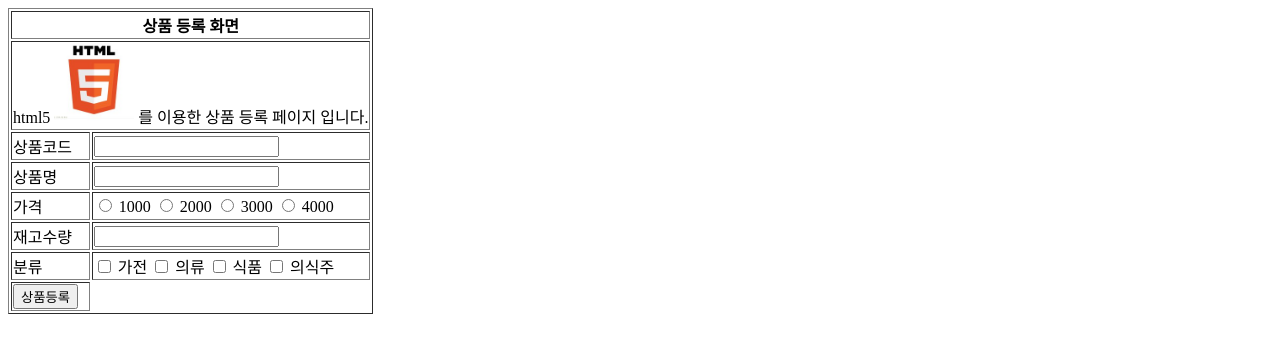
Repository: younseochoi/AI_PLATFORM
Page: my_code/03_web/html/src/main/webapp/pdt_registration.html
These files come from the project's save history. The page is drawn as it stood at one moment and after the next save; the edit follows.
The browser window is 1280 px wide. The pictures show the whole page.

Above is the page before, as saved 2022-07-22 06:10:07.

### my_code/03_web/html/src/main/webapp/pdt_registration.html
<!DOCTYPE html>
<html>
<head>
<meta charset="UTF-8">
<title>Insert title here</title>
</head>
<body>
<form action="prduct.jsp">
	<table border=1>
		<tr><th colspan="2">상품 등록 화면</th></tr>
		<tr>
			<td colspan="2">html5
				<img src = "images/html5.jpg" width="80" height="80">
				를 이용한 상품 등록 페이지 입니다.
			</td>
		</tr>
		<tr><td>상품코드</td><td><input type=text name="pdtcode" maxlength="10"></td></tr>
		<tr><td>상품명</td><td><input type=text name="pdtname" maxlength="100"></td></tr>
		<tr><td>가격</td>
			<td><input type=radio name ="price" value="1000"> 1000
				<input type=radio name ="price" value="2000"> 2000
				<input type=radio name ="price" value="3000"> 3000
				<input type=radio name ="price" value="4000"> 4000
			</td>
		</tr>
		<tr><td>재고수량</td><td><input type=number name = "quantity" step="2"></td></tr>
		<tr>
			<td>분류</td>
			<td>
				<input type=checkbox name="category" value="appliance"> 가전
				<input type=checkbox name="category" value="clothes"> 의류
				<input type=checkbox name="category" value="food"> 식품
				<input type=checkbox name="category" value="all"> 의식주
			</td>
		</tr>
		<tr><td><input type=submit value="상품등록"></td></tr>
	</table>
</form>
</body>
</html>

After the next save:
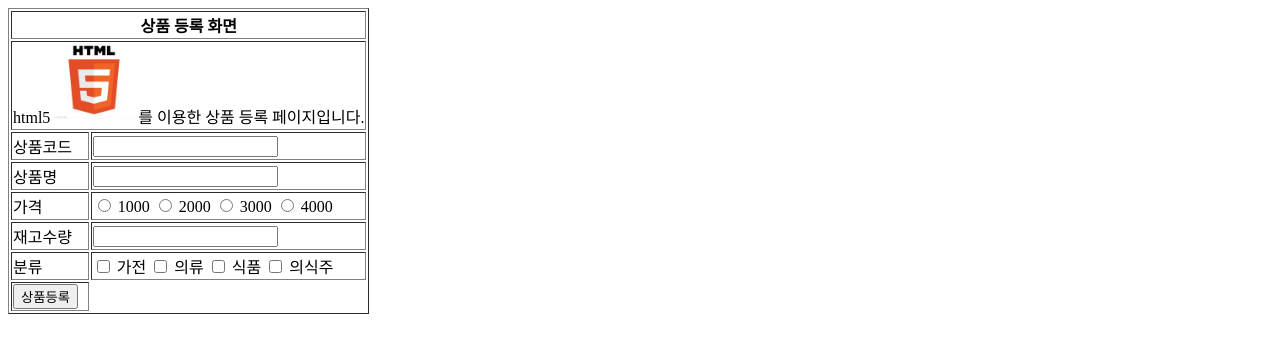
Saved 20 s later.
--- a/my_code/03_web/html/src/main/webapp/pdt_registration.html
+++ b/my_code/03_web/html/src/main/webapp/pdt_registration.html
@@ -11,7 +11,7 @@
 		<tr>
 			<td colspan="2">html5
 				<img src = "images/html5.jpg" width="80" height="80">
-				를 이용한 상품 등록 페이지 입니다.
+				를 이용한 상품 등록 페이지입니다.
 			</td>
 		</tr>
 		<tr><td>상품코드</td><td><input type=text name="pdtcode" maxlength="10"></td></tr>
